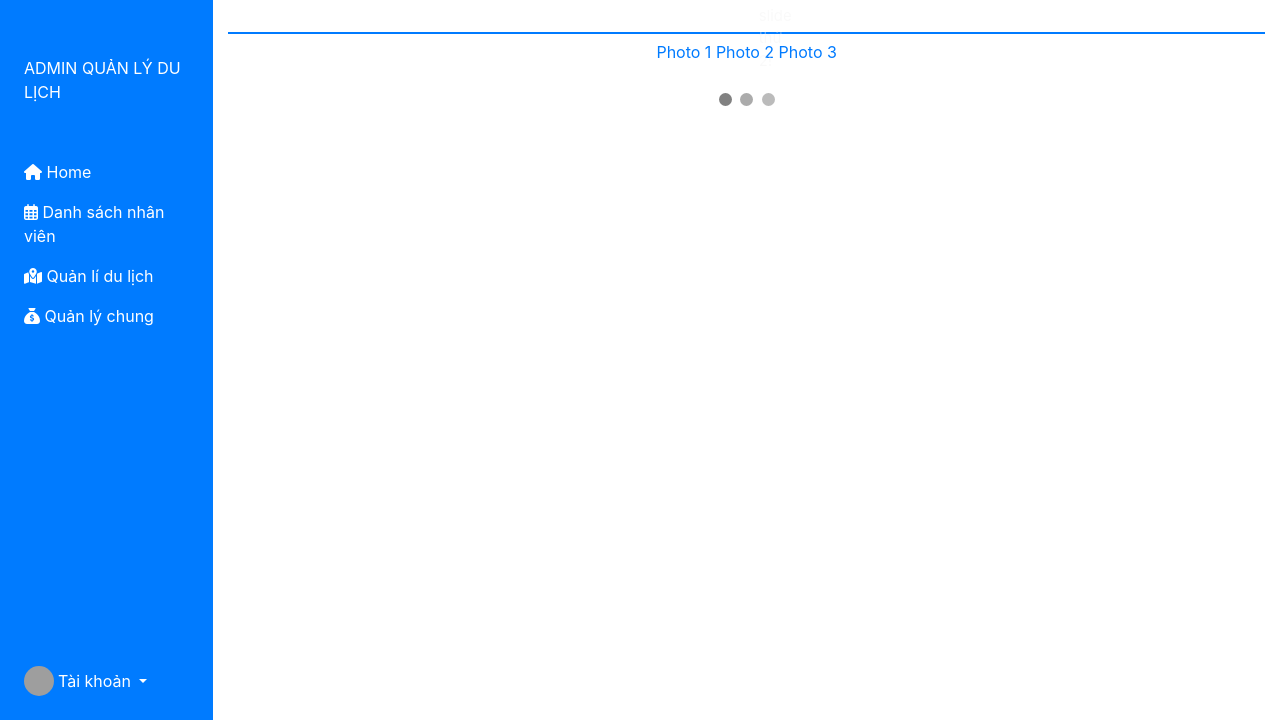
Repository: vantohuu/BOOKINGTOUR
Page: http://localhost/BOOKINGTOUR/WEB-INF/views/home/homeshow.jsp
An editor plug-in stored every save of this project. The page is shown before and after the next save, followed by the edit.
The browser window is 1280 px wide. The pictures show the whole page.
Pictures or frames that could not be fetched are drawn as grey boxes. Some web libraries are served in a nearby version. The page is served by Tomcat 9. Nobody is signed in. Other server files are loaded and not shown. The template is opened directly, without the code that normally fills it, so the values that code supplies are empty.

Above is the page before, as saved 2023-06-04 08:02:21.

### BOOKINGTOUR/src/main/webapp/WEB-INF/views/home/homeshow.jsp
<%@ page language="java" contentType="text/html; charset=UTF-8"
    pageEncoding="UTF-8"%>
        <%@ taglib uri="http://java.sun.com/jstl/core_rt" prefix="c"%>
<%@ taglib uri="http://java.sun.com/jstl/fmt_rt" prefix="f"%>
<!DOCTYPE html>
<html>

<head>

<meta charset="UTF-8">
<base href="${ pageContext.servletContext.contextPath}/">

<link rel="stylesheet"
	href="https://cdn.jsdelivr.net/npm/bootstrap@4.6.2/dist/css/bootstrap.min.css"
	integrity="sha384-xOolHFLEh07PJGoPkLv1IbcEPTNtaed2xpHsD9ESMhqIYd0nLMwNLD69Npy4HI+N"
	crossorigin="anonymous">

<link rel="stylesheet"
	href="https://cdnjs.cloudflare.com/ajax/libs/font-awesome/6.3.0/css/all.min.css"
	integrity="sha512-SzlrxWUlpfuzQ+pcUCosxcglQRNAq/DZjVsC0lE40xsADsfeQoEypE+enwcOiGjk/bSuGGKHEyjSoQ1zVisanQ=="
	crossorigin="anonymous" referrerpolicy="no-referrer" />

<script
	src="https://cdn.jsdelivr.net/npm/jquery@3.5.1/dist/jquery.slim.min.js"
	integrity="sha384-DfXdz2htPH0lsSSs5nCTpuj/zy4C+OGpamoFVy38MVBnE+IbbVYUew+OrCXaRkfj"
	crossorigin="anonymous"></script>
<script
	src="https://cdn.jsdelivr.net/npm/popper.js@1.16.1/dist/umd/popper.min.js"
	integrity="sha384-9/reFTGAW83EW2RDu2S0VKaIzap3H66lZH81PoYlFhbGU+6BZp6G7niu735Sk7lN"
	crossorigin="anonymous"></script>
<script
	src="https://cdn.jsdelivr.net/npm/bootstrap@4.6.2/dist/js/bootstrap.min.js"
	integrity="sha384-+sLIOodYLS7CIrQpBjl+C7nPvqq+FbNUBDunl/OZv93DB7Ln/533i8e/mZXLi/P+"
	crossorigin="anonymous"></script>
<title>Admin quản lý du lịch</title>
<style>
	img{
	max-height:500px;
	max-width:1200px
	}
</style>
 <style>
          * {
            box-sizing:border-box
          }
          h2 {
            text-align: center;
          }
          /* Slideshow container */
          .slideshow-container {
            max-width: 1200px;
            position: relative;
            margin: auto;
            max-heigth:500px;
          }
          /* Ẩn các slider */
          .mySlides {
              display: none;
          }
          /* Định dạng nội dung Caption */
          .text {
            color: #f2f2f2;
            font-size: 15px;
            padding: 8px 12px;
            position: absolute;
            bottom: 8px;
            width: 100%;
            text-align: center;
          }

          /* định dạng các chấm chuyển đổi các slide */
          .dot {
            cursor:pointer;
            height: 13px;
            width: 13px;
            margin: 0 2px;
            background-color: #bbb;
            border-radius: 50%;
            display: inline-block;
            transition: background-color 0.6s ease;
          }
          /* khi được hover, active đổi màu nền */
          .active, .dot:hover {
            background-color: #717171;
          }

          /* Thêm hiệu ứng khi chuyển đổi các slide */
          .fade {
            -webkit-animation-name: fade;
            -webkit-animation-duration: 3s;
            animation-name: fade;
            animation-duration: 3s;
          }

          @-webkit-keyframes fade {
            from {opacity: .4}
            to {opacity: 1}
          }

          @keyframes fade {
            from {opacity: .4}
            to {opacity: 1}
          }
        </style>
</head>
<body>
<div class="container-fluid">
		<div class="row flex-nowrap">
   <%@ include file="../includes/Navbarc1.jsp" %>
	 <div class="col py-3">

	<marquee style="border:#007bff 1px SOLID">${company.slogan }</marquee>
	<%-- <div class="col">
	<div class="row">
</div>
<div class="row">
<label for="recipient-name" class="col-form-label">${company.name }</label>
<label for="recipient-name" class="col-form-label">${company.slogan }</label>
<img src="${company.logo1}">
<img src="${company.logo2}">
<img src="${company.logo3}">
</div>
	<div class="row">
	</div>
	</div>


</div> --%>
<div     style="
    text-align: center;
">
		<p style="
    display: inline;
"><a href="#"class="link-success link-offset-2 link-underline-opacity-25 link-underline-opacity-100-hover">Photo 1</a></p>
		<p style="
    display: inline;
"><a href="#" class="link-success link-offset-2 link-underline-opacity-25 link-underline-opacity-100-hover">Photo 2</a></p>
		<p style="
    display: inline;
"><a href="#" class="link-success link-offset-2 link-underline-opacity-25 link-underline-opacity-100-hover">Photo 3</a></p>
        </div>
<div class="row">
<div class="slideshow-container">

        <div class="mySlides fade">
          <img src="${company.logo1}" style="width:100%">
          <div class="text">Nội dung caption của slide đầu tiên!</div>
        </div>

        <div class="mySlides fade">
          <img src="${company.logo2}" style="width:100%">
          <div class="text">Nội dung caption của slide thứ 2!</div>
        </div>

        <div class="mySlides fade">
          <img src="${company.logo3}" style="width:100%">
          <div class="text">Nội dung caption của slide thứ 3!</div>
        </div>
      </div>
      <br>
</div>
<div class="row">
      <div style="text-align:center;margin: auto;">
        <span class="dot" onclick="currentSlide(0)"></span>
        <span class="dot" onclick="currentSlide(1)"></span>
        <span class="dot" onclick="currentSlide(2)"></span>
      </div>
</div>
</div>
</div>


		</div>
    </body>
    <script>
      //khai báo biến slideIndex đại diện cho slide hiện tại
      var slideIndex;
      // KHai bào hàm hiển thị slide
      function showSlides() {
          var i;
          var slides = document.getElementsByClassName("mySlides");
          var dots = document.getElementsByClassName("dot");
          for (i = 0; i < slides.length; i++) {
             slides[i].style.display = "none";
          }
          for (i = 0; i < dots.length; i++) {
              dots[i].className = dots[i].className.replace(" active", "");
          }

          slides[slideIndex].style.display = "block";
          dots[slideIndex].className += " active";
          //chuyển đến slide tiếp theo
          slideIndex++;
          //nếu đang ở slide cuối cùng thì chuyển về slide đầu
          if (slideIndex > slides.length - 1) {
            slideIndex = 0
          }
          //tự động chuyển đổi slide sau 5s
          setTimeout(showSlides, 5000);
      }
      //mặc định hiển thị slide đầu tiên
      showSlides(slideIndex = 0);


      function currentSlide(n) {
        showSlides(slideIndex = n);
      }
    </script>
<script
		src="https://cdn.jsdelivr.net/npm/bootstrap@5.3.0-alpha1/dist/js/bootstrap.bundle.min.js"
		integrity="sha384-w76AqPfDkMBDXo30jS1Sgez6pr3x5MlQ1ZAGC+nuZB+EYdgRZgiwxhTBTkF7CXvN"
		crossorigin="anonymous"></script>
</html>

### BOOKINGTOUR/src/main/webapp/WEB-INF/views/includes/Navbarc1.jsp
<%@ page language="java" contentType="text/html; charset=UTF-8"
    pageEncoding="UTF-8"%>


        <div class="col-auto col-md-3 col-xl-2 px-sm-2 px-0t bg-primary">
            <div class="d-flex flex-column align-items-center align-items-sm-start px-3 pt-2 text-white min-vh-100 ">
                <a href="#" class="d-flex align-items-center pb-5 pt-5 mb-md-0 me-md-auto text-white text-decoration-none">
                    <span class="fs-5 d-none d-sm-inline">ADMIN QUẢN LÝ DU LỊCH</span>
                </a>
                <ul class="nav nav-pills flex-column mb-sm-auto mb-0 align-items-center align-items-sm-start " id="menu">
                    <li class="nav-item">
                        <a href="home.htm" class="nav-link text-white align-middle px-0">
                           <i class="fa-solid fa-house"></i>
                            <span class="ms-1 d-none d-sm-inline">Home</span>
                        </a>
                    </li>
                  <li><a href="danhsachnhanvien.htm"
							class="nav-link text-white px-0 align-middle">
							<i class="fa-regular fa-calendar-days"></i> <span
								class="ms-1 d-none d-sm-inline">Danh sách nhân viên</span>
						</a></li>
						     </li>
                 <!--  <li><button onclick="goHome()">Go to Intro Page</button></li> -->
                    <li>
                        <a href="#submenu2" data-bs-toggle="collapse" class="nav-link text-white px-0 align-middle ">
                            <i class="fa-solid fa-map-location-dot"></i>
                            <span class="ms-1 d-none d-sm-inline">Quản lí du lịch</span></a>
                        <ul class="collapse nav flex-column ms-1" id="submenu2" data-bs-parent="#menu">
                            <li class="w-100">
                                <a href="dsdattour.htm" class="nav-link text-white px-0"> <span class="d-none d-sm-inline">Danh sách đặt tour</span></a>
                            </li>
                            <li>
                                <a href="diemdulich.htm" class="nav-link text-white px-0"> <span class="d-none d-sm-inline">Điểm du lịch</span></a>
                            </li>
                               <li>
                                <a href="dsdiemluutru.htm" class="nav-link text-white px-0"> <span class="d-none d-sm-inline">Điểm lưu trú</span></a>
                            </li>
                            <li>
                                <a href="dsTour.htm" class="nav-link text-white px-0"> <span class="d-none d-sm-inline">Tour</span></a>
                            </li>
                        </ul>
                    </li>
                     <li>
                        <a href="#submenu3" data-bs-toggle="collapse" class="nav-link text-white px-0 align-middle ">
                           <i class="fa-solid fa-sack-dollar"></i>
                            <span class="ms-1 d-none d-sm-inline">Quản lý chung</span></a>
                        <ul class="collapse nav flex-column ms-1" id="submenu3" data-bs-parent="#menu">
                            <li class="w-100">
                                <a href="doanhthu.htm" class="nav-link text-white px-0"> <span class="d-none d-sm-inline">Doanh thu</span></a>
                            </li>

                            <li>
                                <a href="dskhachhang.htm" class="nav-link text-white px-0"> <span class="d-none d-sm-inline">Khách hàng</span></a>
                            </li>

                            <li>
                                <a href="dsdotkhuyenmai.htm" class="nav-link text-white px-0"> <span class="d-none d-sm-inline">Khuyến mãi</span></a>
                            </li>
                        </ul>
                    </li>

                <hr>
                </ul>


                <div class="dropdown pb-4">
                    <a href="#" class="d-flex align-items-center text-white text-decoration-none dropdown-toggle" id="dropdownUser1" data-bs-toggle="dropdown" aria-expanded="false">
                        <img src="https://github.com/mdo.png" alt="hugenerd" width="30" height="30" class="rounded-circle">
                        <span class="d-none d-sm-inline mx-1">Tài khoản</span>
                    </a>
                    <ul class="dropdown-menu dropdown-menu-dark text-small shadow">

                        <li><a class="dropdown-item" href="suattcanhan.htm">Chỉnh sửa thông tin cá nhân</a></li>
                        <li><a class="dropdown-item" href="doimatkhau.htm">Đổi mật khẩu</a></li>
                        <li>
                            <hr class="dropdown-divider">
                        </li>
                        <li><a class="dropdown-item" href="logout.htm">Đăng xuất</a></li>
                    </ul>
                </div>
            </div>
        </div>

     <script>
    /* function goHome() {
        window.location.href = "danhsachnhanvien.htm";
    } */
</script>

After the next save:
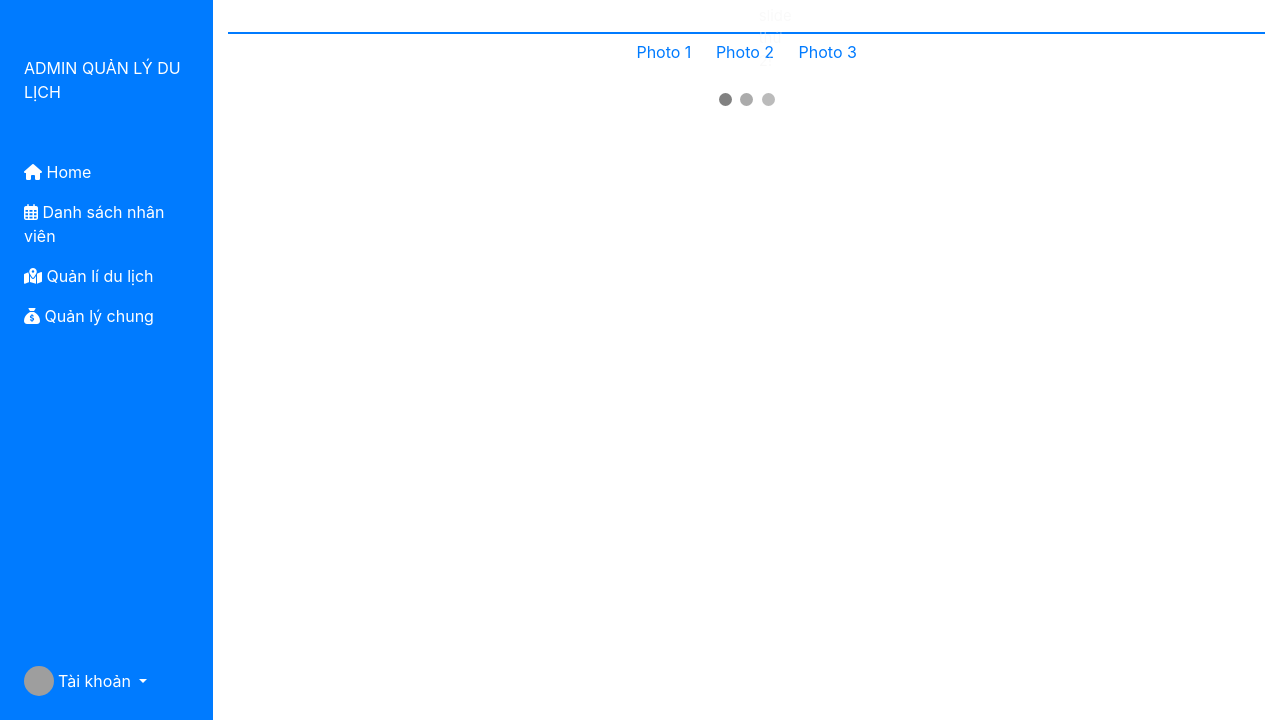
Saved 95 s later.
--- a/BOOKINGTOUR/src/main/webapp/WEB-INF/views/home/homeshow.jsp
+++ b/BOOKINGTOUR/src/main/webapp/WEB-INF/views/home/homeshow.jsp
@@ -130,13 +130,14 @@
     text-align: center;
 ">
 		<p style="
-    display: inline;
+    display: inline;margin: 10px;
+"
 "><a href="#"class="link-success link-offset-2 link-underline-opacity-25 link-underline-opacity-100-hover">Photo 1</a></p>
 		<p style="
-    display: inline;
+    display: inline;margin: 10px;
 "><a href="#" class="link-success link-offset-2 link-underline-opacity-25 link-underline-opacity-100-hover">Photo 2</a></p>
 		<p style="
-    display: inline;
+    display: inline;margin: 10px;
 "><a href="#" class="link-success link-offset-2 link-underline-opacity-25 link-underline-opacity-100-hover">Photo 3</a></p>
         </div>
 <div class="row">
